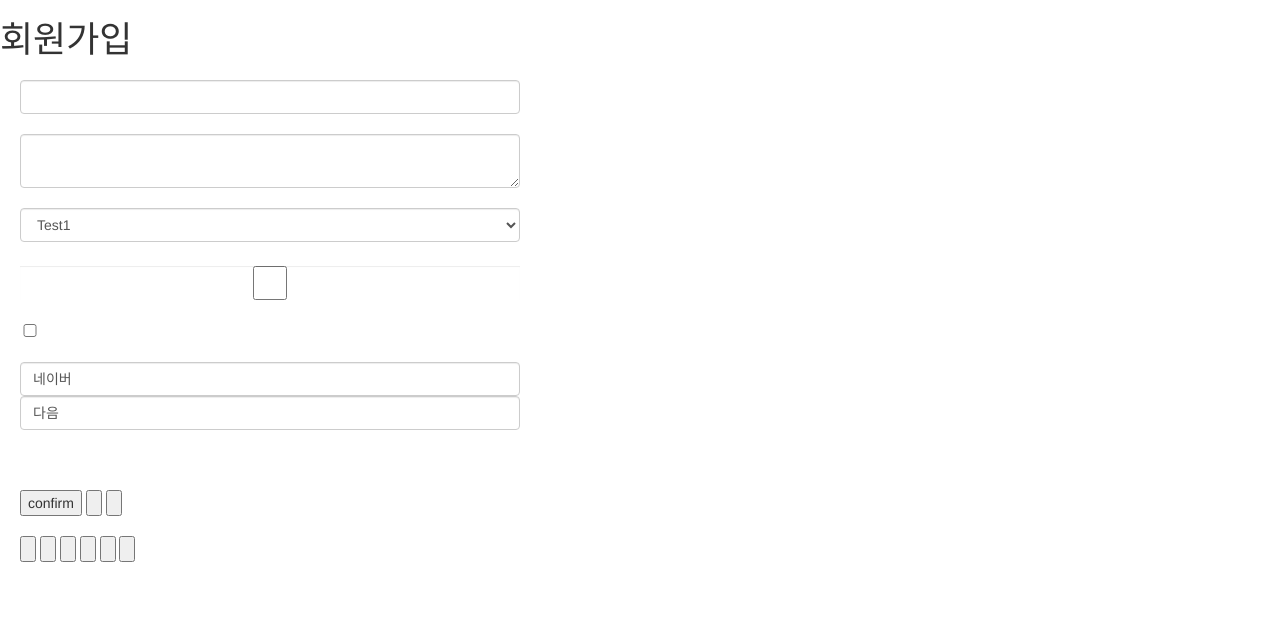
Repository: yhj4130/BootstrapStudy
Page: BootstrapWork/WebContent/BootEx03.html
An editor plug-in stored every save of this project. The page is shown before and after the next save, followed by the edit.
The browser window is 1280 px wide. The pictures show the whole page.

Above is the page before, as saved 2019-06-12 02:16:28.

After the next save:
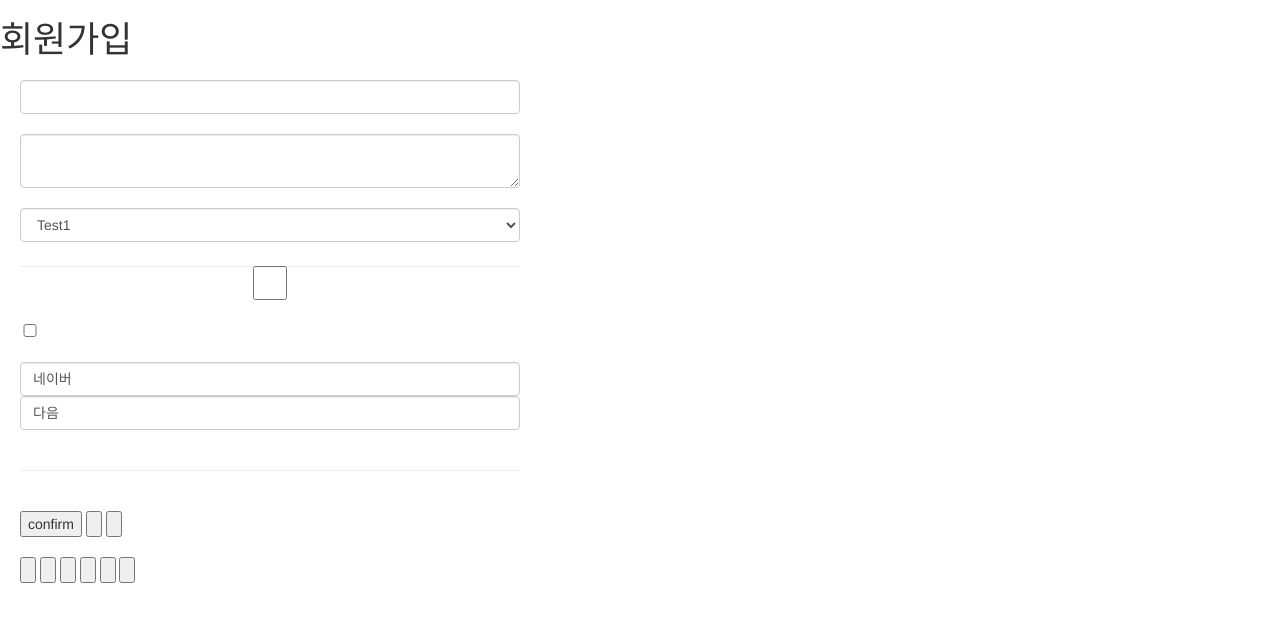
Saved 6 s later.
--- a/BootstrapWork/WebContent/BootEx03.html
+++ b/BootstrapWork/WebContent/BootEx03.html
@@ -38,7 +38,7 @@
 	<a href="#" class="form-control">네이버</a>
 	<a href="#" class="form-control">다음</a>
 
-	<br><br><br>
+	<br><hr><br>
 
 	<input type="button" value="confirm">
 	<input type="button">
